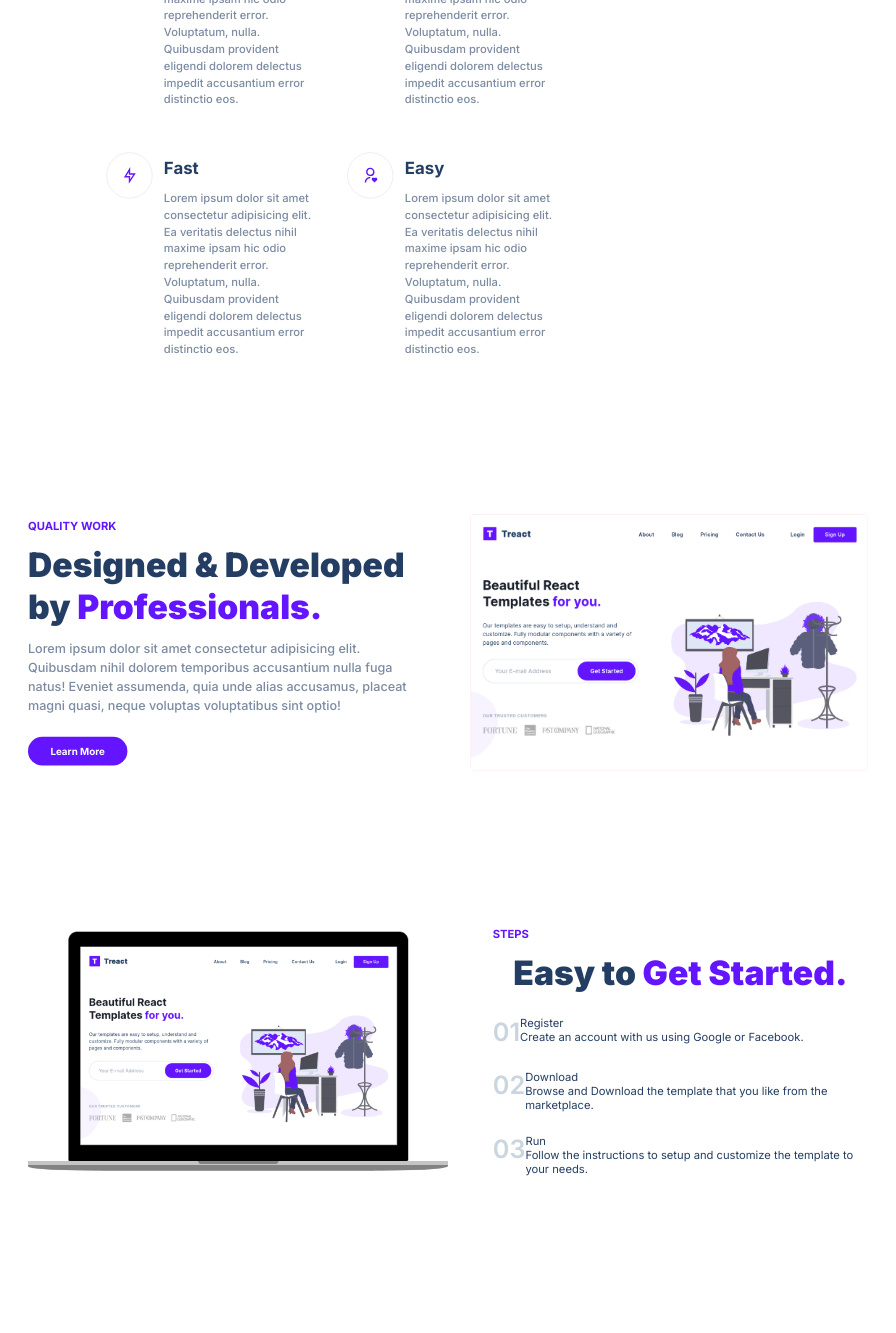
Repository: avivanguyen/m2_fianlProject
Page: index.html
These files come from the project's save history. The page is drawn as it stood at one moment and after a run of saves; the edit follows.
The browser window is 1280 px wide. The pictures show the part of the page from y = 1601 to 3521 px (the page is 3505 px tall before and 3521 px after), at 70% of full size.
Some web libraries are served in a nearby version.

Above is the page before, as saved 2025-12-09 02:30:50.

After the next 5 saves:
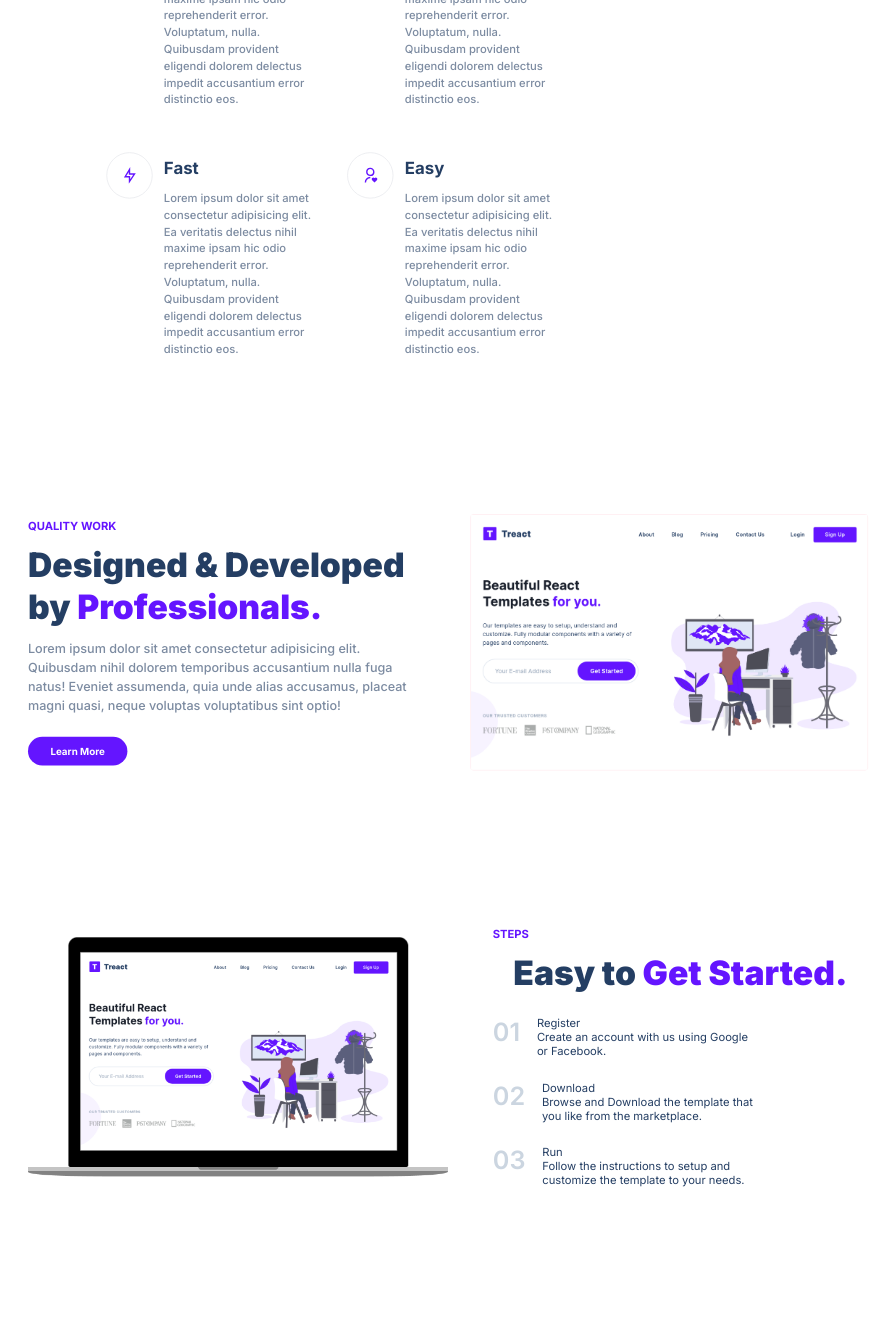
The 5 saves are shown as one change because they came seconds apart.
The last was saved 13 s later.
--- a/styles.css
+++ b/styles.css
@@ -374,5 +374,6 @@ Steps styling
 .step__description {
     display: flex;
     flex-direction: column;
-    margin-left: ;
-}
+    max-width: 320px;
+    margin-left: 24px;
+}
